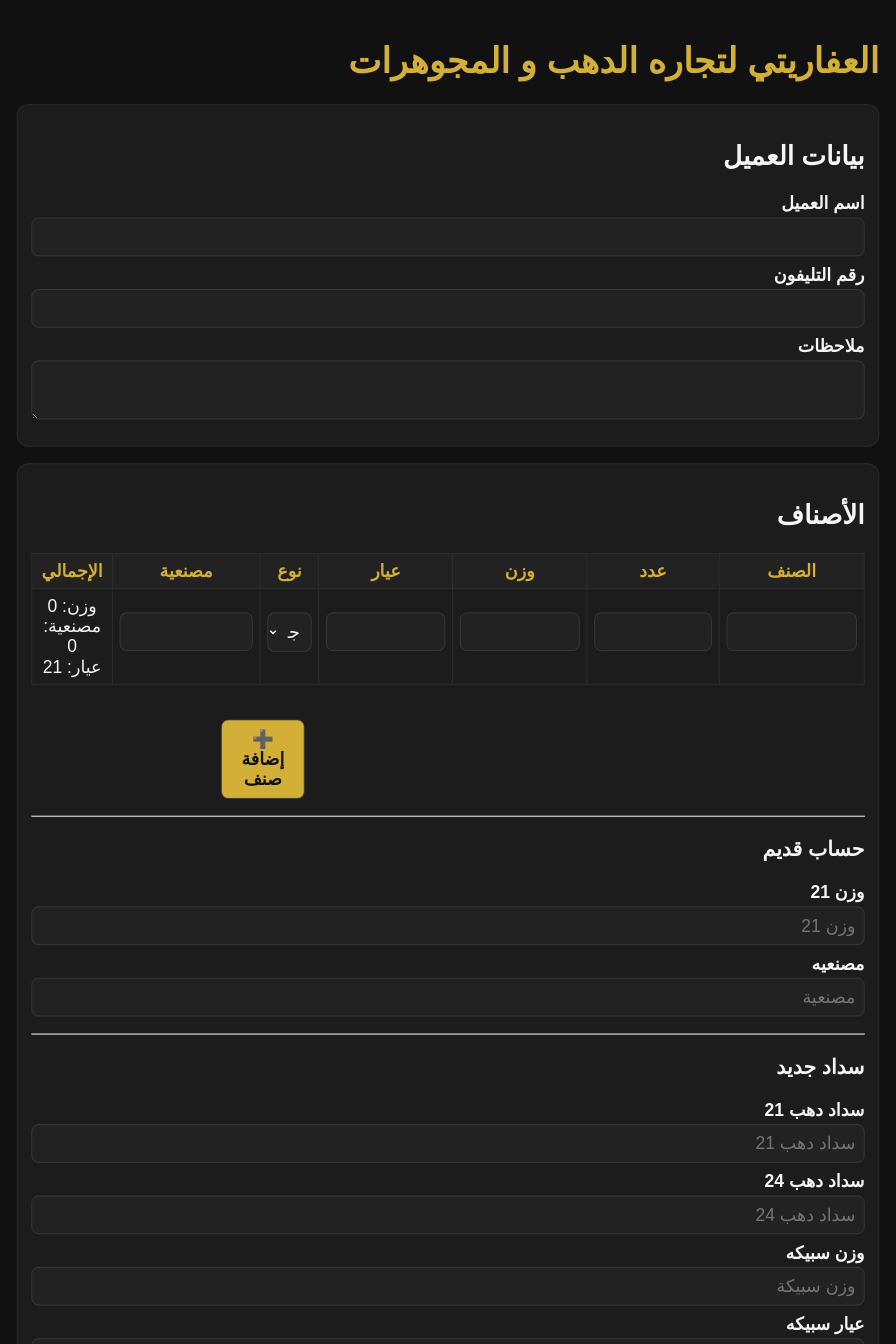
Repository: erineehab27/gold-shop
Page: /
The author's editor kept a copy of each file at every save. The page is drawn from the files as they stood at one save, then again after the next save.
The browser window is 1280 px wide. The pictures show the part of the page from y = 0 to 1920 px (the page is 2998 px tall before and 720 px after), at 70% of full size.
The project was rebuilt for these pictures with package versions that can differ from the ones it lists, and the page was loaded fresh each time. Also part of the build but not shown: vite.config.js, src/printpage.jsx.

Above is the page before, as saved 2026-05-15 12:45:11.

After the next save:
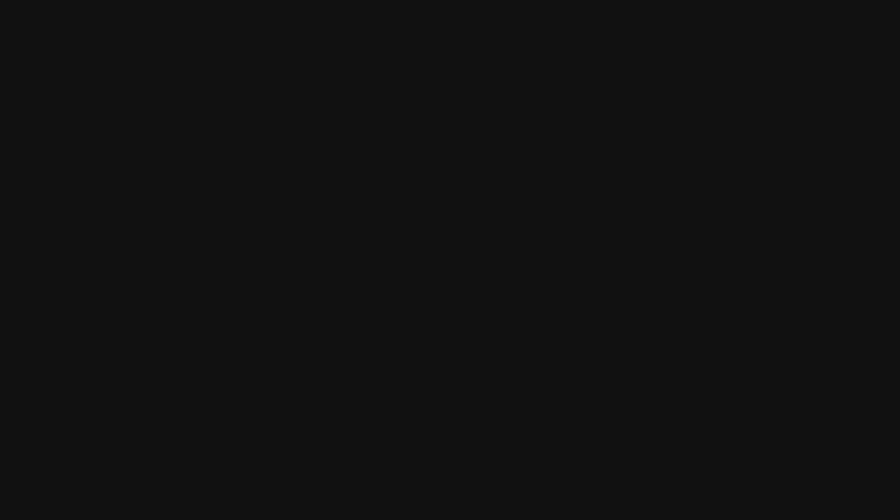
Console error: ReferenceError: barWorkmanship is not defined
Saved 14 s later.
--- a/src/App.jsx
+++ b/src/App.jsx
@@ -324,7 +324,7 @@ export default function App() {
   const totalPaidWork =
     Number(payWorkmanshipNow || 0) +
     Number(cashBack || 0);
-
+    barWorkmanship;
 
   const remainingGold = fix(totalWeight21 - totalPaidGold);
   const remainingWork = fix(totalWorkmanship - totalPaidWork);

After the save that followed:
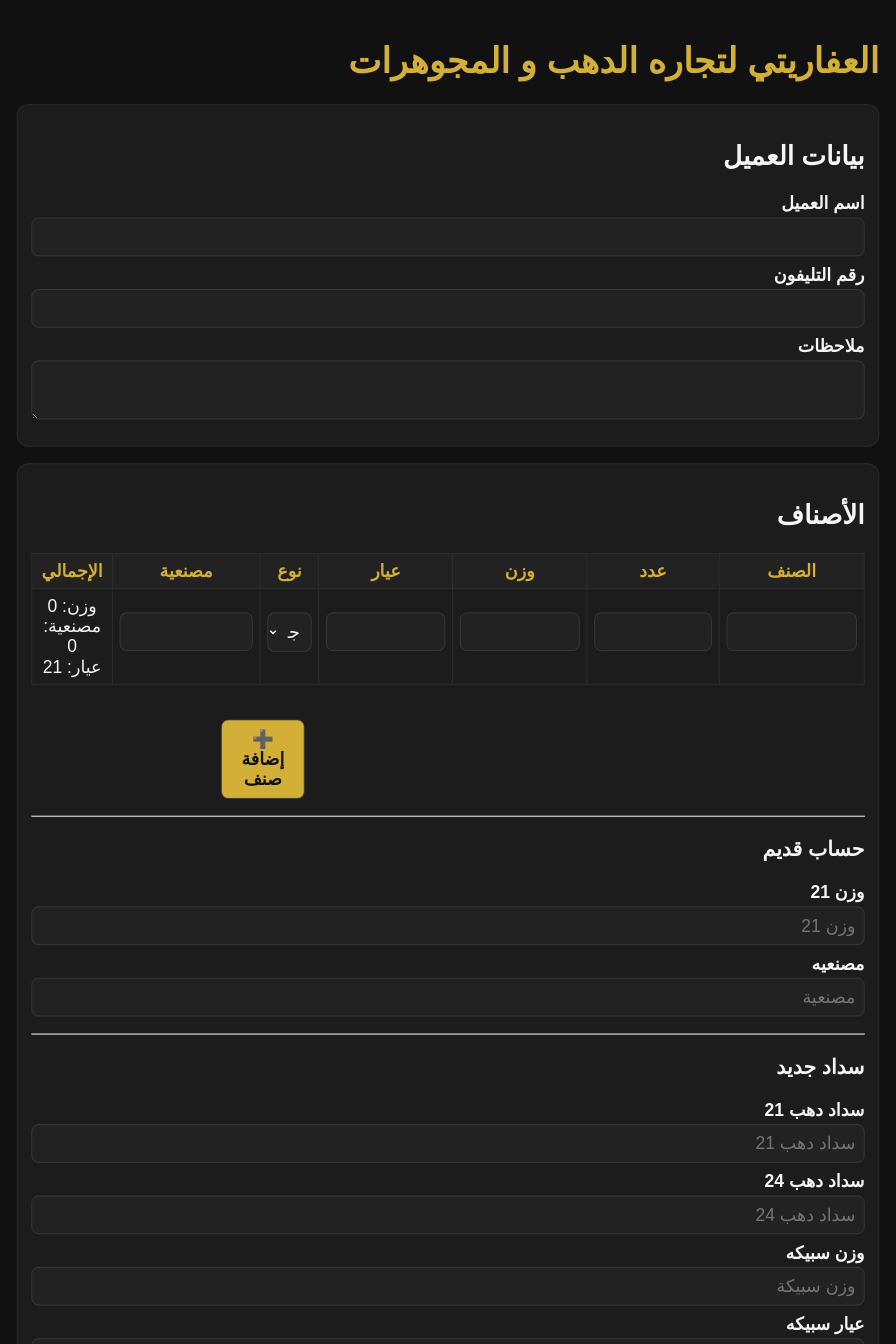
The error is gone.
Saved 23 s later.
--- a/src/App.jsx
+++ b/src/App.jsx
@@ -315,6 +315,7 @@ export default function App() {
 
   const payGold24_to21 = (Number(payGold24 || 0) * 999.9) / 875;
   const barEquivalent21 = (Number(barWeight || 0) * Number(barKarat || 0)) / 875;
+  const barWorkmanship = Number(barWeight || 0) * 8.12;
 
   const totalPaidGold =
     Number(payGold || 0) +
